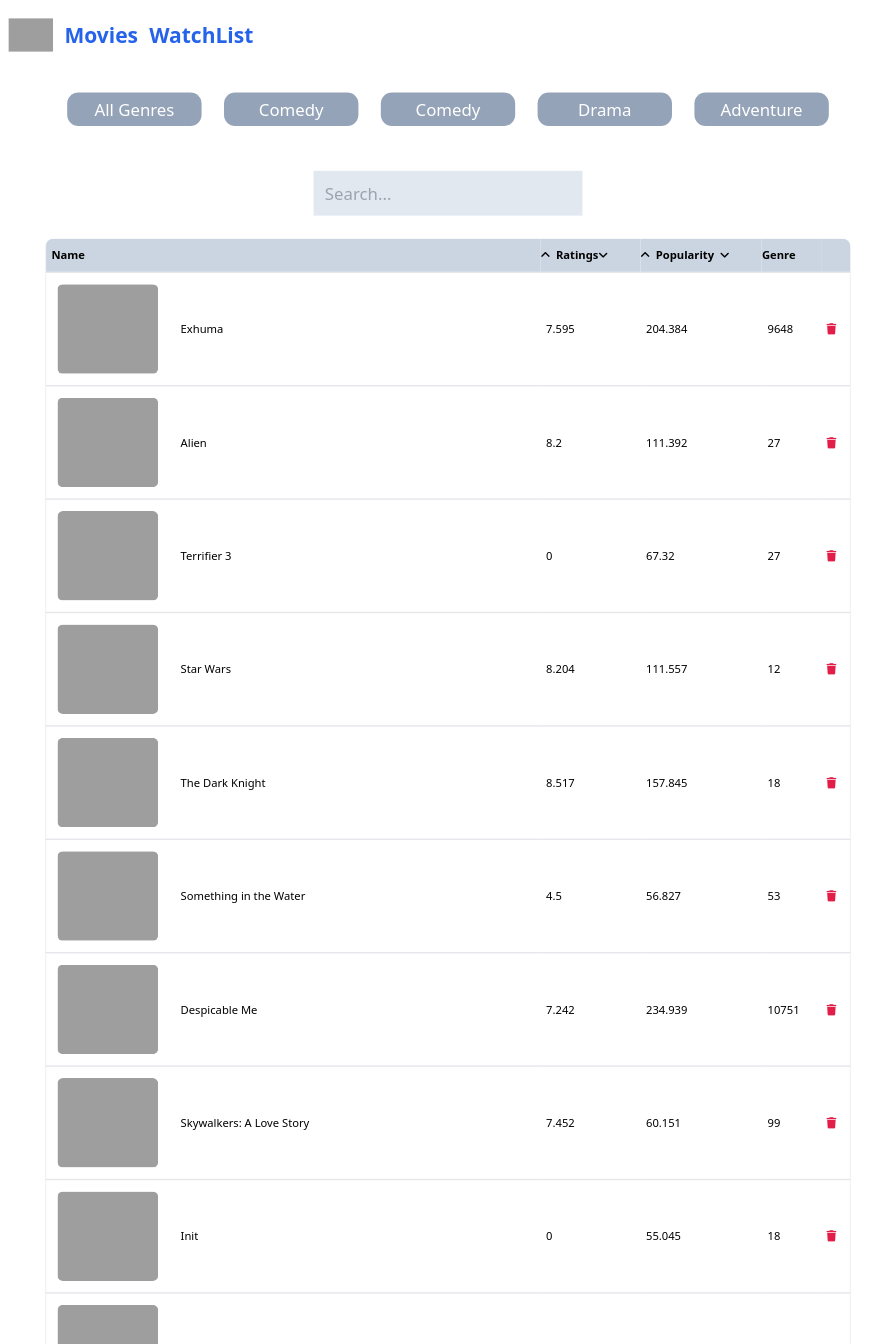
Repository: Aakash20bhatt/LearnReact
Page: /watchlist (app in moviesApp/)
These files come from the project's save history. The page is drawn as it stood at one moment and after the next save; the edit follows.
The browser window is 1280 px wide. The pictures show the part of the page from y = 0 to 1920 px (the page is 3630 px tall), at 70% of full size.
Pictures or frames that could not be fetched are drawn as grey boxes. Some web libraries are served in a nearby version. The project was rebuilt for these pictures with package versions that can differ from the ones it lists, and the page was loaded fresh each time. Also part of the build but not shown: moviesApp/vite.config.js, moviesApp/src/App.css, moviesApp/src/Components/Banner.jsx, moviesApp/src/Components/MovieCard.jsx, moviesApp/src/Components/Pagination.jsx, moviesApp/src/Components/Movies.jsx.

Above is the page before, as saved 2024-07-28 00:34:56.

After the next save:
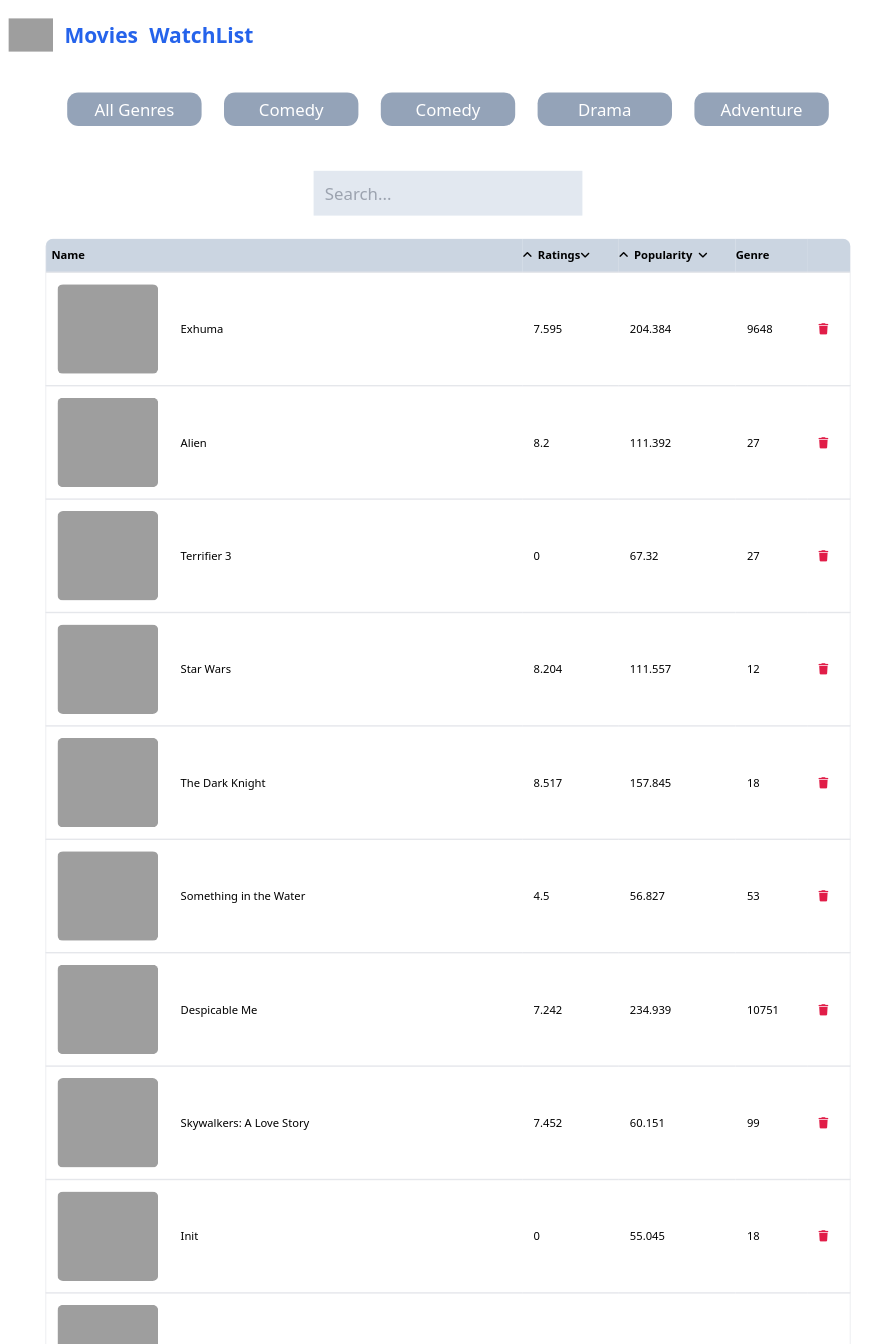
Saved 22 s later.
--- a/moviesApp/src/Components/Watchlist.jsx
+++ b/moviesApp/src/Components/Watchlist.jsx
@@ -387,10 +387,10 @@ export default function Watchlist(){
                                         alt="poster" />
                                         {movie.title}
                                 </td>
-                                <td className="p-2">{movie.vote_average}</td>
-                                <td className="p-2">{movie.popularity}</td>
-                                <td className="p-2">{movie.genre_ids[0]}</td>
-                                <td className="text-rose-600 cursor-pointer p-2">
+                                <td className="p-4">{movie.vote_average}</td>
+                                <td className="p-4">{movie.popularity}</td>
+                                <td className="p-4">{movie.genre_ids[0]}</td>
+                                <td className="text-rose-600 cursor-pointer p-4">
                                     <i className="fa-solid fa-trash"></i>
                                 </td>
                             </tr>
